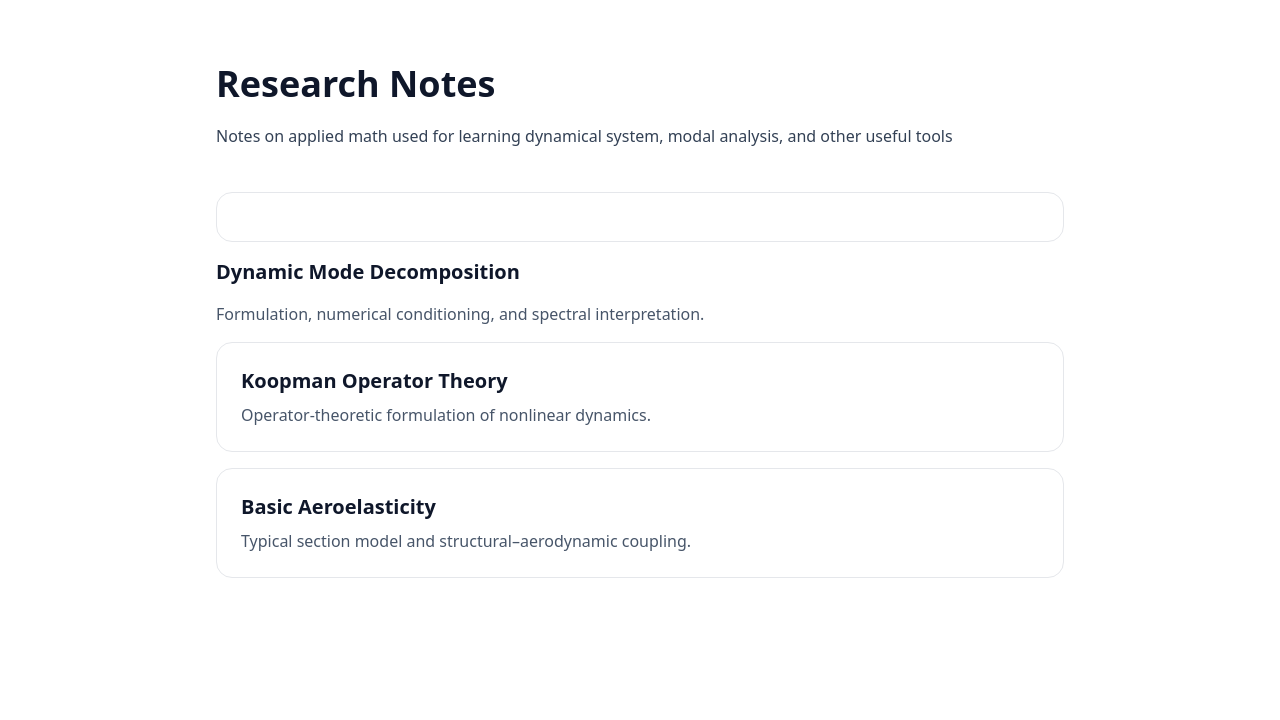
Repository: JWS625/JWS625.github.io
Page: notes/index.html
The author's editor kept a copy of each file at every save. The page is drawn from the files as they stood at one save, then again after the next save.
The browser window is 1280 px wide. The pictures show the whole page.
Some web libraries are served in a nearby version.

Above is the page before, as saved 2026-02-20 17:13:23.

After the next save:
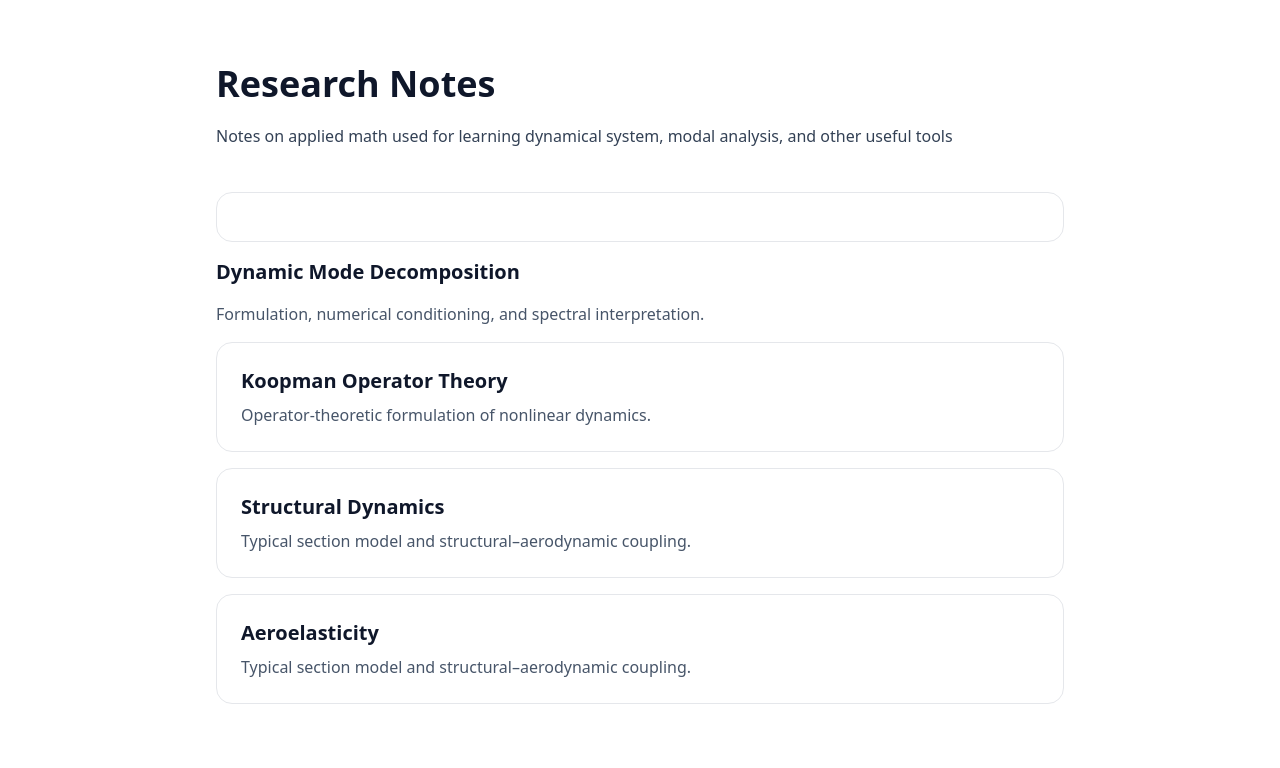
Saved 57 s later.
--- a/notes/index.html
+++ b/notes/index.html
@@ -30,8 +30,15 @@ Operator-theoretic formulation of nonlinear dynamics.
 </p>
 </a>
 
+<a href="structural_dynamicals.html" class="block p-6 border rounded-2xl hover:bg-slate-50">
+<h2 class="text-xl font-semibold">Structural Dynamics</h2>
+<p class="text-slate-600 mt-2">
+Typical section model and structural–aerodynamic coupling.
+</p>
+</a>
+
 <a href="aeroelasticity.html" class="block p-6 border rounded-2xl hover:bg-slate-50">
-<h2 class="text-xl font-semibold">Basic Aeroelasticity</h2>
+<h2 class="text-xl font-semibold">Aeroelasticity</h2>
 <p class="text-slate-600 mt-2">
 Typical section model and structural–aerodynamic coupling.
 </p>
